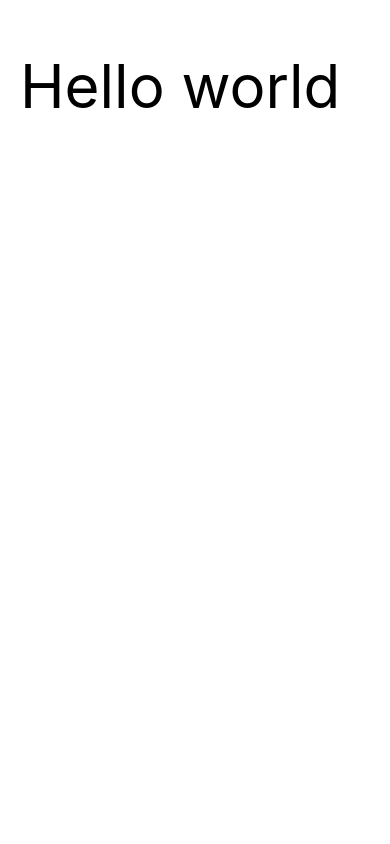
Repository: Ducbii4202/React-Native
Screen: /
An editor plug-in stored every save of this project. The screen is shown before and after the next save, followed by the edit.
The app was drawn by React Native's web renderer in a window 390 px wide. The project was rebuilt for these pictures with package versions that can differ from the ones it lists, and the page was loaded fresh each time.

Above is the screen before, as saved 2024-09-15 20:56:29.

After the next save:
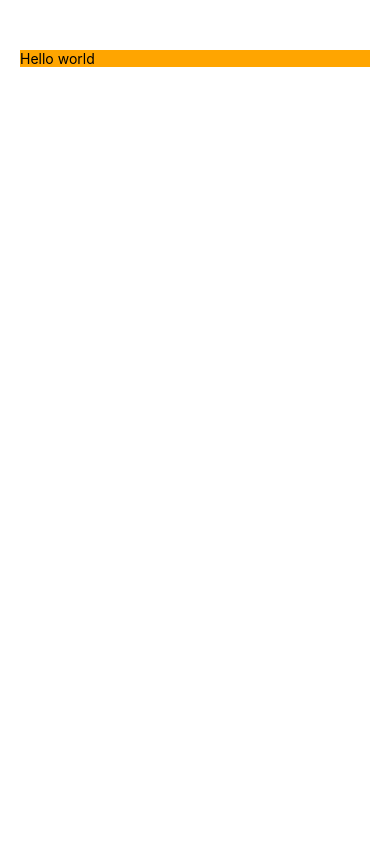
Saved 34 s later.
--- a/App.tsx
+++ b/App.tsx
@@ -7,7 +7,7 @@ export default function App() {
 
   return (
     <View style={styles.container}>
-      <Text style={{ fontSize: 60 }}>Hello world</Text>
+      <Text style={styles.header}>Hello world</Text>
 
 
     </View>
